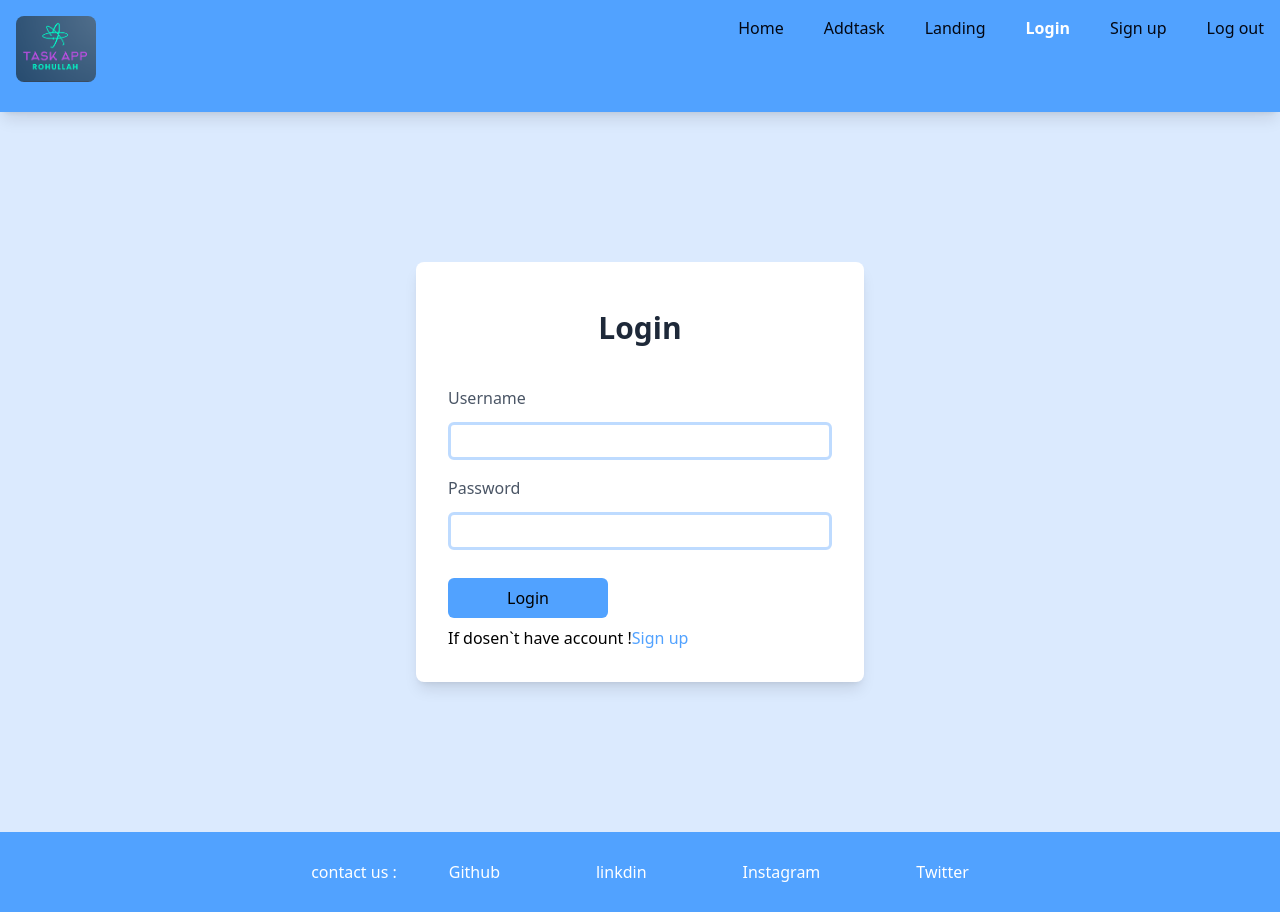
Repository: Rohullah-Noori/TaskApp
Page: /
These files come from the project's save history. The page is drawn as it stood at one moment and after the next save; the edit follows.
The browser window is 1280 px wide. The pictures show the whole page.
The project was rebuilt for these pictures with package versions that can differ from the ones it lists, and the page was loaded fresh each time. Also part of the build but not shown: vite.config.js, src/components/Loader.jsx, src/pages/Landing.jsx, src/pages/Home.jsx, src/pages/Signup.jsx, src/pages/Addtask.jsx, src/pages/Edittask.jsx, src/pages/Errorpage.jsx and 1 more.

Above is the page before, as saved 2025-03-01 12:25:56.

After the next save:
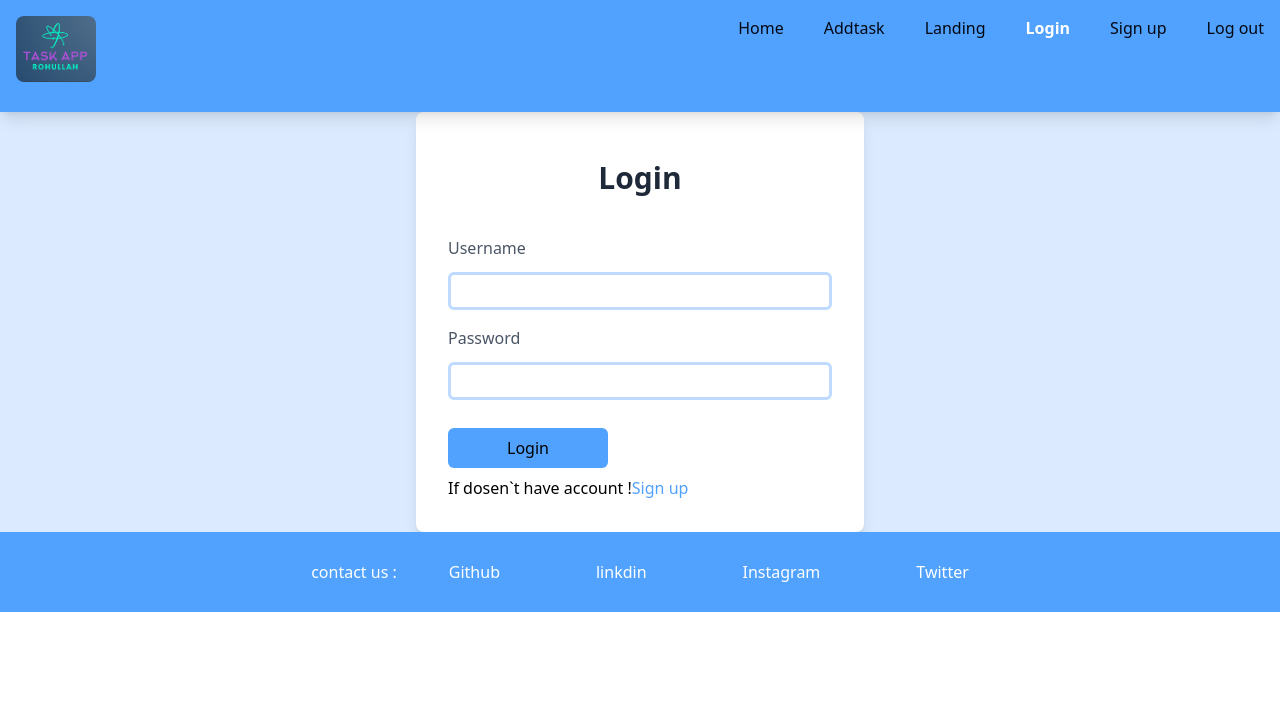
Saved 5 min 18 s later.
--- a/src/index.css
+++ b/src/index.css
@@ -5,7 +5,7 @@
 }
 
 .containerForm {
-  @apply flex items-center justify-center h-screen bg-blue-100 flex-grow overflow-y-auto;
+  @apply flex items-center justify-center h-[90%] bg-blue-100 flex-grow overflow-y-auto;
 }
 .parentContainerForm {
   @apply w-full max-w-md bg-white p-8 rounded-lg shadow-lg;
